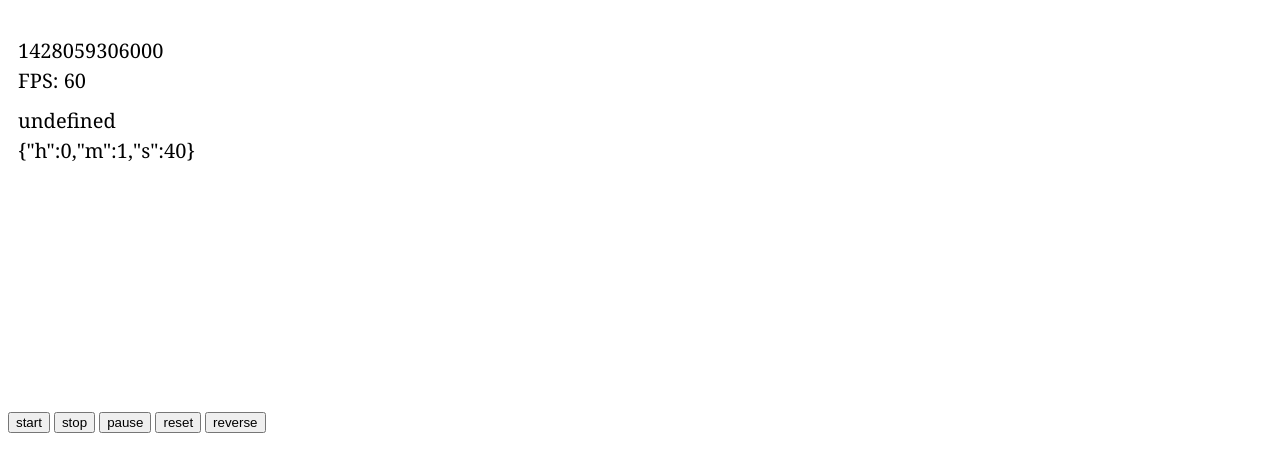
Repository: WebRTCGame/game-timer
Page: index.html
The author's editor kept a record of every edit. The page is drawn from the files as they stood at one moment, then again after the next edit.
The browser window is 1280 px wide. The pictures show the whole page.

Above is the page before.

After the next edit:
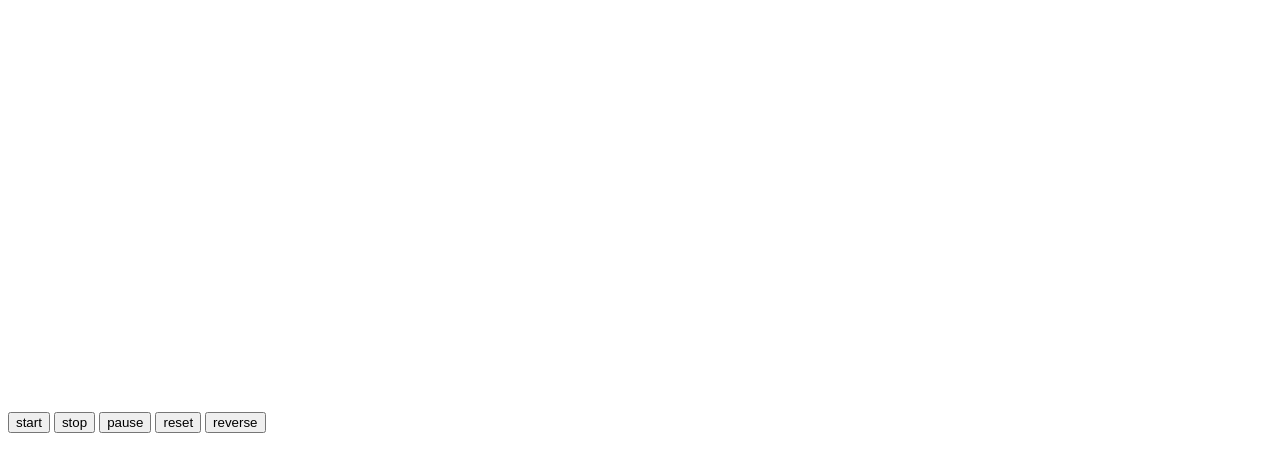
Console error: SyntaxError: Invalid or unexpected token
The edit:
--- a/timer.js
+++ b/timer.js
@@ -15,7 +15,7 @@
     if (!this.paused) {
 
         var delta = (current - this.lastTimestamp) / 1000;
-
+/*
         if (this.increment) {
             this.gameTime += (Math.min(delta, this.maxStep) * this.scale);
         }

After the 2 edits that followed:
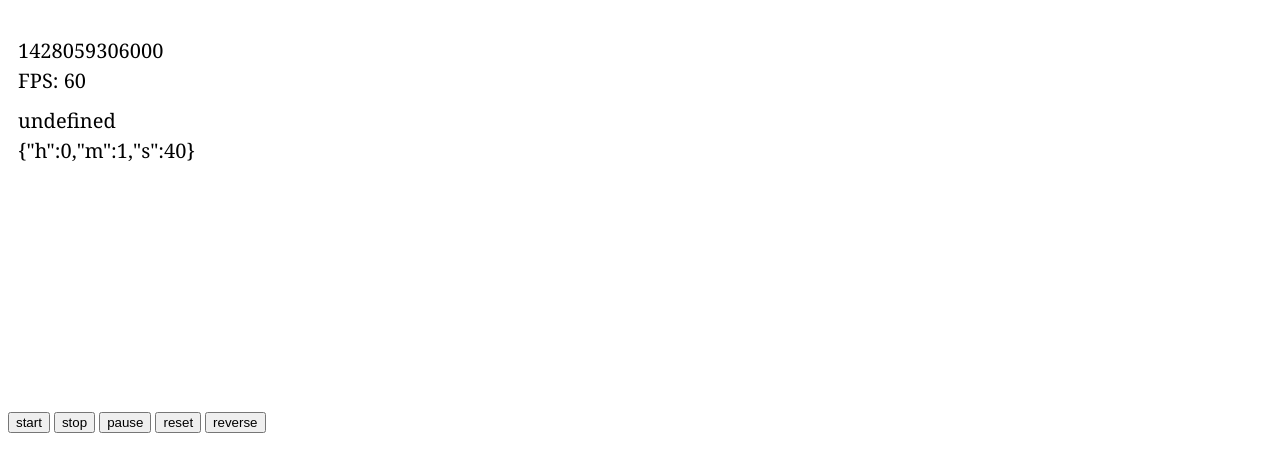
The error is gone.
The 2 edits are shown as one change because 1 left the picture as it was.
The edit:
--- a/timer.js
+++ b/timer.js
@@ -15,13 +15,14 @@
     if (!this.paused) {
 
         var delta = (current - this.lastTimestamp) / 1000;
-/*
+
         if (this.increment) {
             this.gameTime += (Math.min(delta, this.maxStep) * this.scale);
         }
         else {
             this.gameTime -= (Math.min(delta, this.maxStep) * this.scale);
         }
+
 this.incement ? this.gameTime += (Math.min(delta, this.maxStep) * this.scale) : this.gameTime -= (Math.min(delta, this.maxStep) * this.scale);
     }
     this.lastTimestamp = current;
